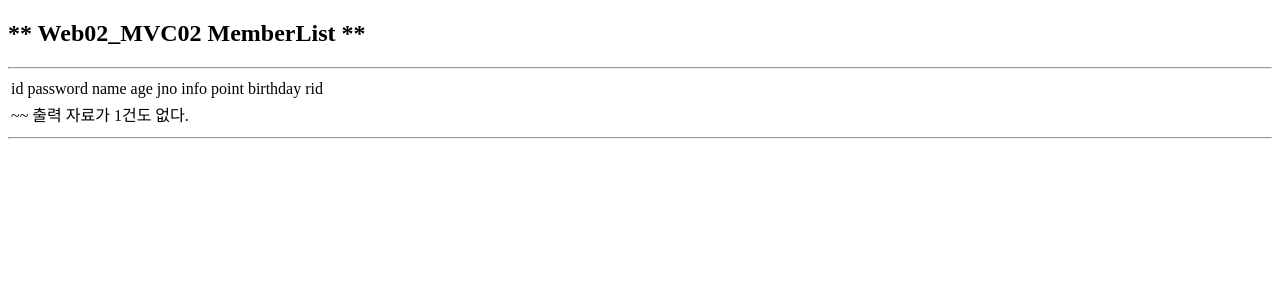
Repository: JYH94/JAVA
Page: http://localhost/web02/member/memberList.jsp
These files come from the project's save history. The page is drawn as it stood at one moment and after the next save; the edit follows.
The browser window is 1280 px wide. The pictures show the whole page.
The page is served by Tomcat 9. The template is opened directly, without the code that normally fills it, so the values that code supplies are empty.

Above is the page before, as saved 2024-01-18 08:44:21.

After the next save:
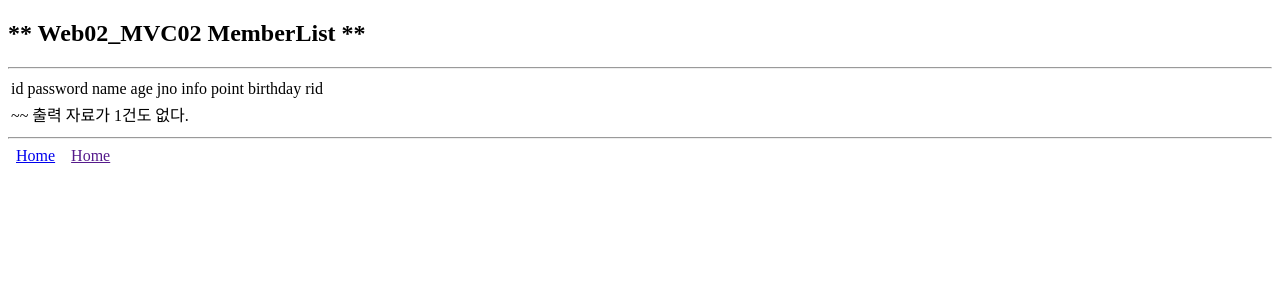
Saved 53 s later.
--- a/web02/src/main/webapp/member/memberList.jsp
+++ b/web02/src/main/webapp/member/memberList.jsp
@@ -45,6 +45,10 @@
 </table>
 <hr>
 
+&nbsp; <a href="../home.jsp">Home</a>&nbsp;
+&nbsp; <a href="">Home</a>&nbsp;
+
+
 <% request.getAttribute("banana"); %>
 
 
